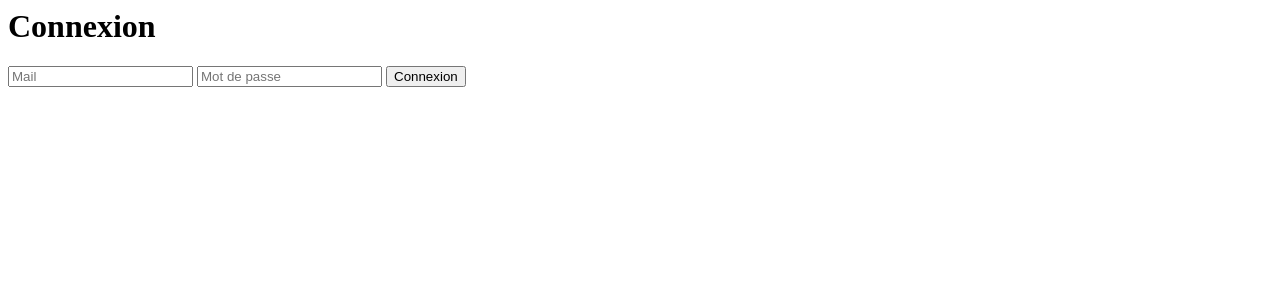
Repository: Anta221/Hackathon-front
Page: src/loginForm.html
These files come from the project's save history. The page is drawn as it stood at one moment and after a run of saves; the edit follows.
The browser window is 1280 px wide. The pictures show the whole page.

Above is the page before, as saved 2020-11-26 14:41:01.

After the next 2 saves:
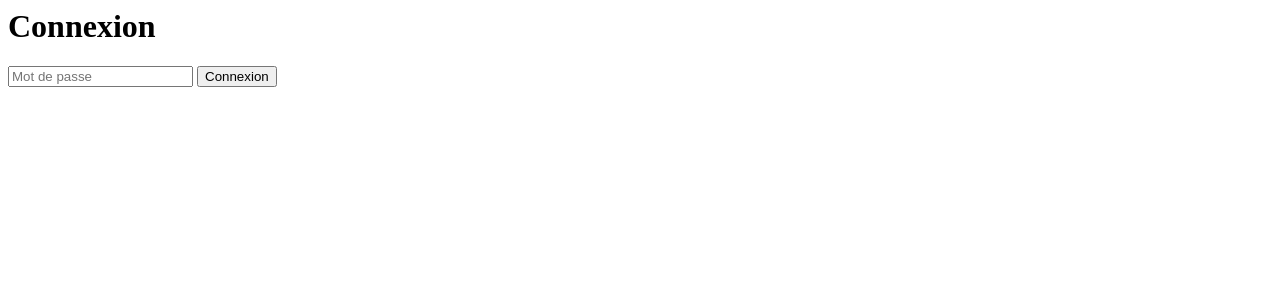
The 2 saves are shown as one change because they came seconds apart.
The last was saved 19 s later.
--- a/src/loginForm.html
+++ b/src/loginForm.html
@@ -1,7 +1,7 @@
 <script src="scripts/login.js" text="text/javascript"></script>
 <div class="login">
     <h1>Connexion</h1>
-      <form method="post" action="" onsubmit="login();">
+      <form method="post"
         <input type="email" name="email" placeholder="Mail" required="required" />
         <input type="password" name="password" placeholder="Mot de passe" required="required" />
           <button type="submit" class="btn btn-primary btn-block btn-large"  >Connexion</button>

After the save that followed:
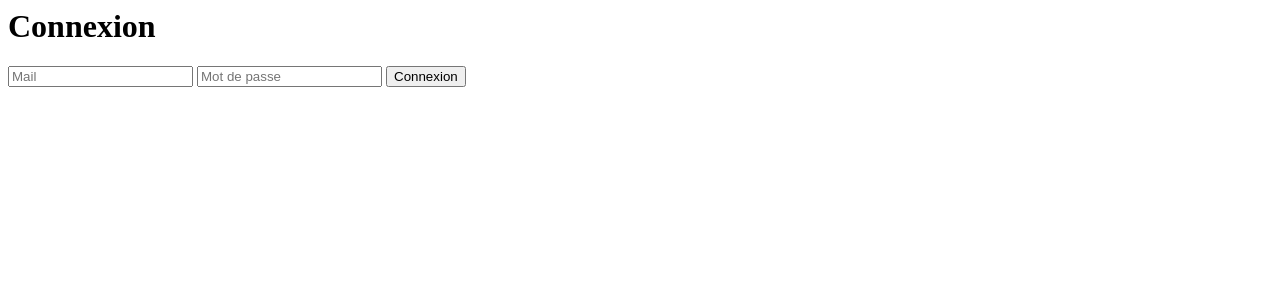
Saved 4 s later.
--- a/src/loginForm.html
+++ b/src/loginForm.html
@@ -1,7 +1,7 @@
 <script src="scripts/login.js" text="text/javascript"></script>
 <div class="login">
     <h1>Connexion</h1>
-      <form method="post"
+      <form method="post" >
         <input type="email" name="email" placeholder="Mail" required="required" />
         <input type="password" name="password" placeholder="Mot de passe" required="required" />
           <button type="submit" class="btn btn-primary btn-block btn-large"  >Connexion</button>
